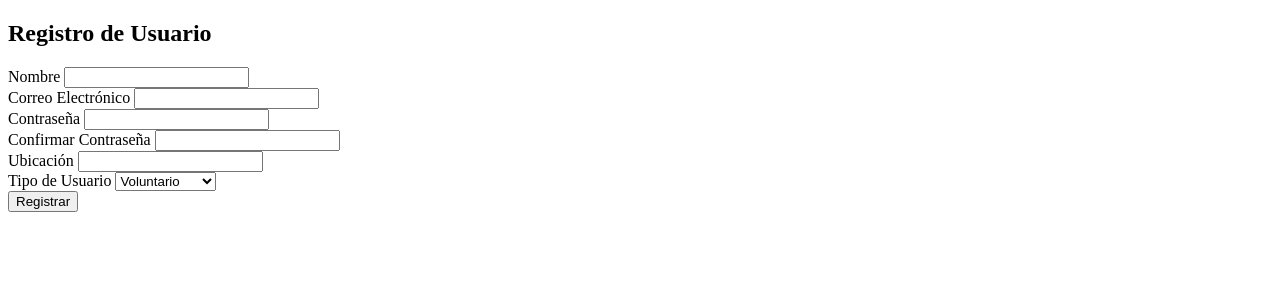
Repository: HiramRego2003/proyecto_IA
Page: http://localhost/register
These files come from the project's save history. The page is drawn as it stood at one moment and after the next save; the edit follows.
The browser window is 1280 px wide. The pictures show the whole page.
The page is served by the project's Laravel application, run on PHP 8.4 with Laravel 9. Other server files are loaded and not shown.

Above is the page before, as saved 2024-08-16 10:15:31.

### routes/web.php
<?php

use Illuminate\Support\Facades\Route;
use App\Http\Controllers\UsuariosController;


/*
|--------------------------------------------------------------------------
| Web Routes
|--------------------------------------------------------------------------
|
| Here is where you can register web routes for your application. These
| routes are loaded by the RouteServiceProvider within a group which
| contains the "web" middleware group. Now create something great!
|
*/

Route::get('/register', function () {return view('register');})->name('register');
Route::post('/register', [UsuariosController::class, 'register']);

### resources/views/register.blade.php
<!DOCTYPE html>
<html lang="en">
<head>
    <meta charset="UTF-8">
    <meta name="viewport" content="width=device-width, initial-scale=1.0">
    <title>Registro de Usuario</title>
    <link rel="stylesheet" href="{{ asset('css/app.css') }}">
    <link href="{{ mix('css/app.css') }}" rel="stylesheet">

</head>
<body>
    <div class="container mt-5">
        <h2>Registro de Usuario</h2>

        @if ($errors->any())
            <div class="alert alert-danger">
                <ul>
                    @foreach ($errors->all() as $error)
                        <li>{{ $error }}</li>
                    @endforeach
                </ul>
            </div>
        @endif

        <form action="{{ route('register') }}" method="POST">
            @csrf

            <div class="mb-3">
                <label for="nombre" class="form-label">Nombre</label>
                <input type="text" class="form-control" id="nombre" name="nombre" value="{{ old('nombre') }}" required>
            </div>

            <div class="mb-3">
                <label for="email" class="form-label">Correo Electrónico</label>
                <input type="email" class="form-control" id="email" name="email" value="{{ old('email') }}" required>
            </div>

            <div class="mb-3">
                <label for="password" class="form-label">Contraseña</label>
                <input type="password" class="form-control" id="password" name="password" required>
            </div>

            <div class="mb-3">
                <label for="password_confirmation" class="form-label">Confirmar Contraseña</label>
                <input type="password" class="form-control" id="password_confirmation" name="password_confirmation" required>
            </div>

            <div class="mb-3">
                <label for="ubicacion" class="form-label">Ubicación</label>
                <input type="text" class="form-control" id="ubicacion" name="ubicacion" value="{{ old('ubicacion') }}">
            </div>

            <div class="mb-3">
                <label for="tipo" class="form-label">Tipo de Usuario</label>
                <select class="form-control" id="tipo" name="tipo" required>
                    <option value="voluntario" {{ old('tipo') == 'voluntario' ? 'selected' : '' }}>Voluntario</option>
                    <option value="organizacion" {{ old('tipo') == 'organizacion' ? 'selected' : '' }}>Organización</option>
                </select>
            </div>

            <button type="submit" class="btn btn-primary">Registrar</button>
        </form>
    </div>

    <script src="{{ asset('js/app.js') }}"></script>
</body>
</html>

Loaded but not shown: lang/en.json (common file)

After the next save:
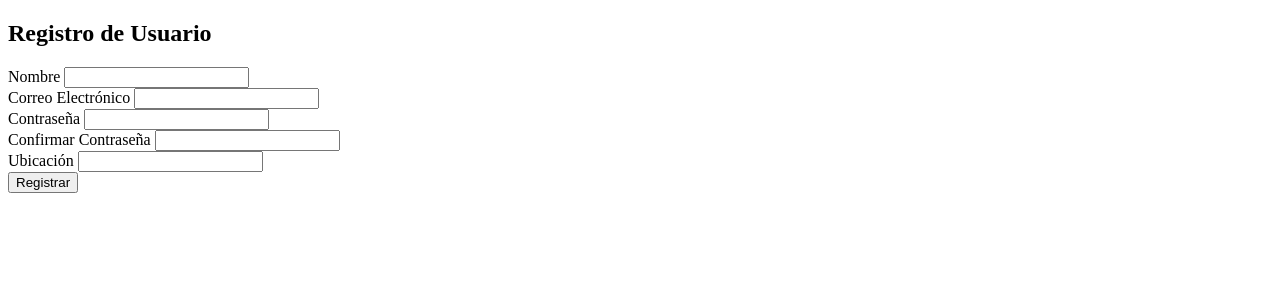
Saved 8 s later.
--- a/resources/views/register.blade.php
+++ b/resources/views/register.blade.php
@@ -50,14 +50,6 @@
                 <input type="text" class="form-control" id="ubicacion" name="ubicacion" value="{{ old('ubicacion') }}">
             </div>
 
-            <div class="mb-3">
-                <label for="tipo" class="form-label">Tipo de Usuario</label>
-                <select class="form-control" id="tipo" name="tipo" required>
-                    <option value="voluntario" {{ old('tipo') == 'voluntario' ? 'selected' : '' }}>Voluntario</option>
-                    <option value="organizacion" {{ old('tipo') == 'organizacion' ? 'selected' : '' }}>Organización</option>
-                </select>
-            </div>
-
             <button type="submit" class="btn btn-primary">Registrar</button>
         </form>
     </div>
